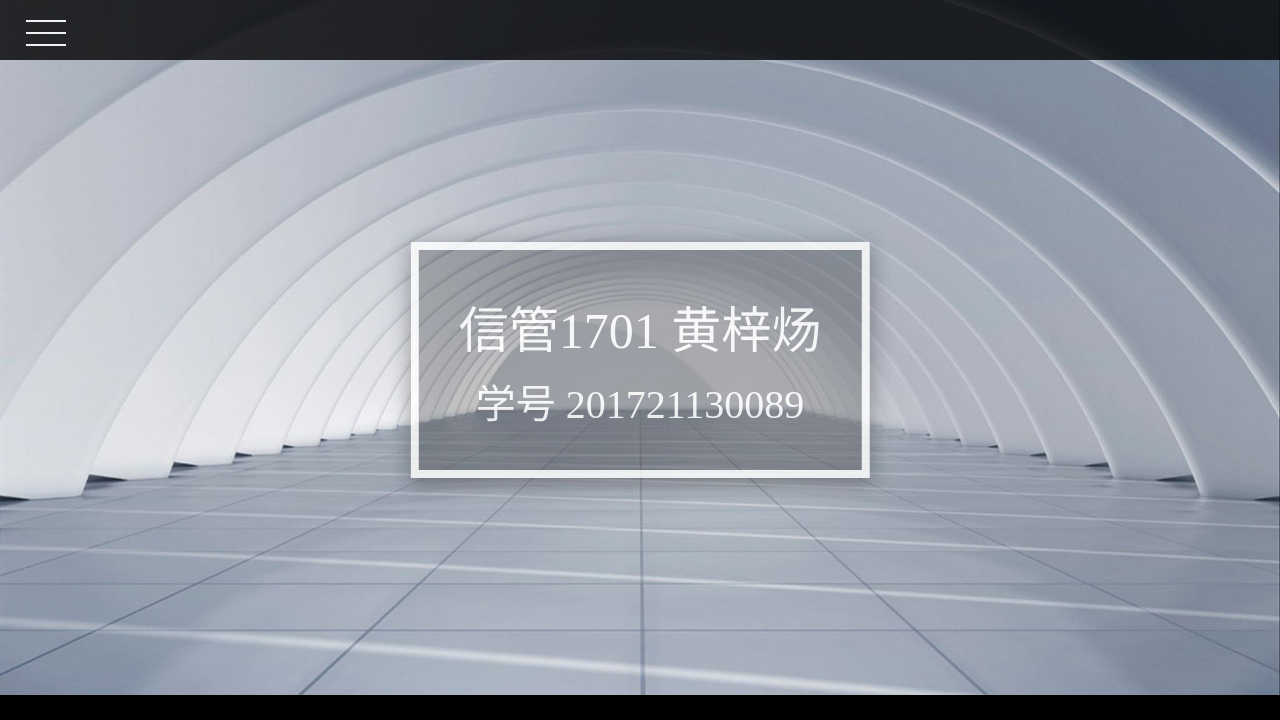
Repository: ustc-hzy/ziYang
Page: index.html
An editor plug-in stored every save of this project. The page is shown before and after the next save, followed by the edit.
The browser window is 1280 px wide. The pictures show the whole page.

Above is the page before, as saved 2020-06-18 16:47:30.

After the next save:
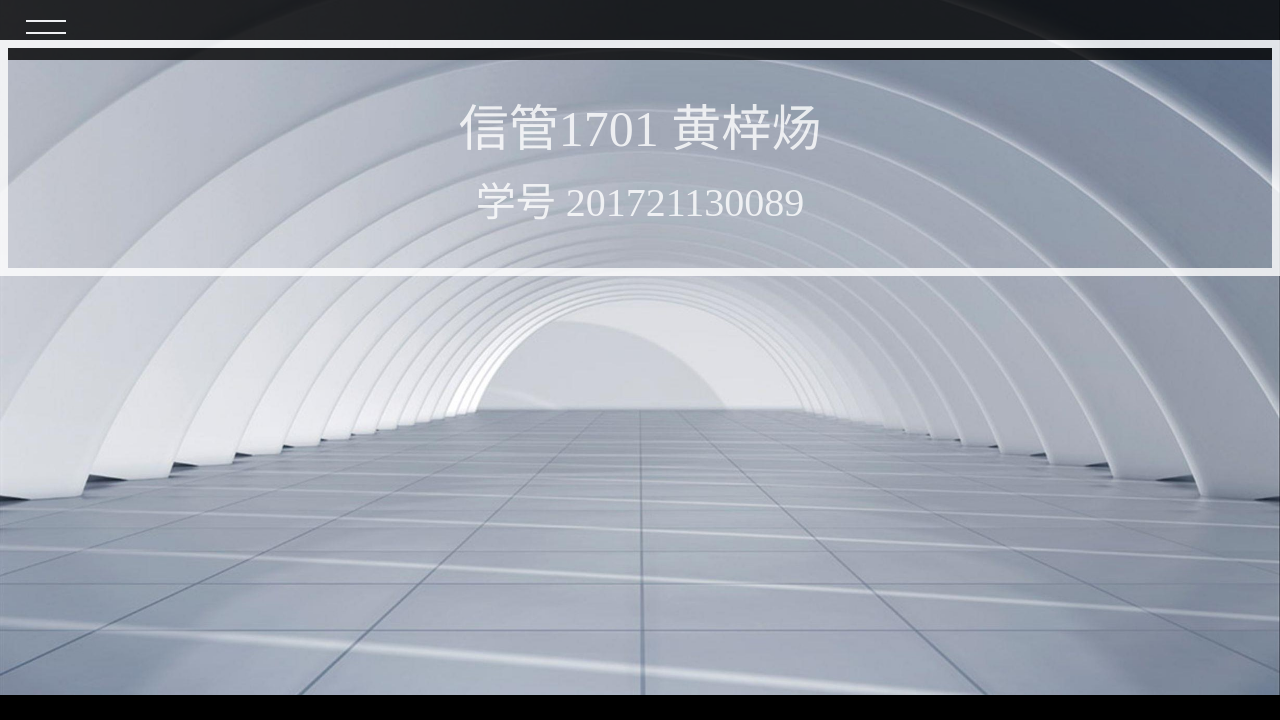
Saved 32 s later.
--- a/index.html
+++ b/index.html
@@ -34,7 +34,7 @@
             <div class="mask"></div>
         </div>
         <!-- 主页展示内容 -->
-        <div class="content-container">
+        <div class="name-container">
             <div class="mid-name">
                 <div>信管1701 黄梓炀</div>
                 <div class="id">学号 201721130089</div>

After the save that followed:
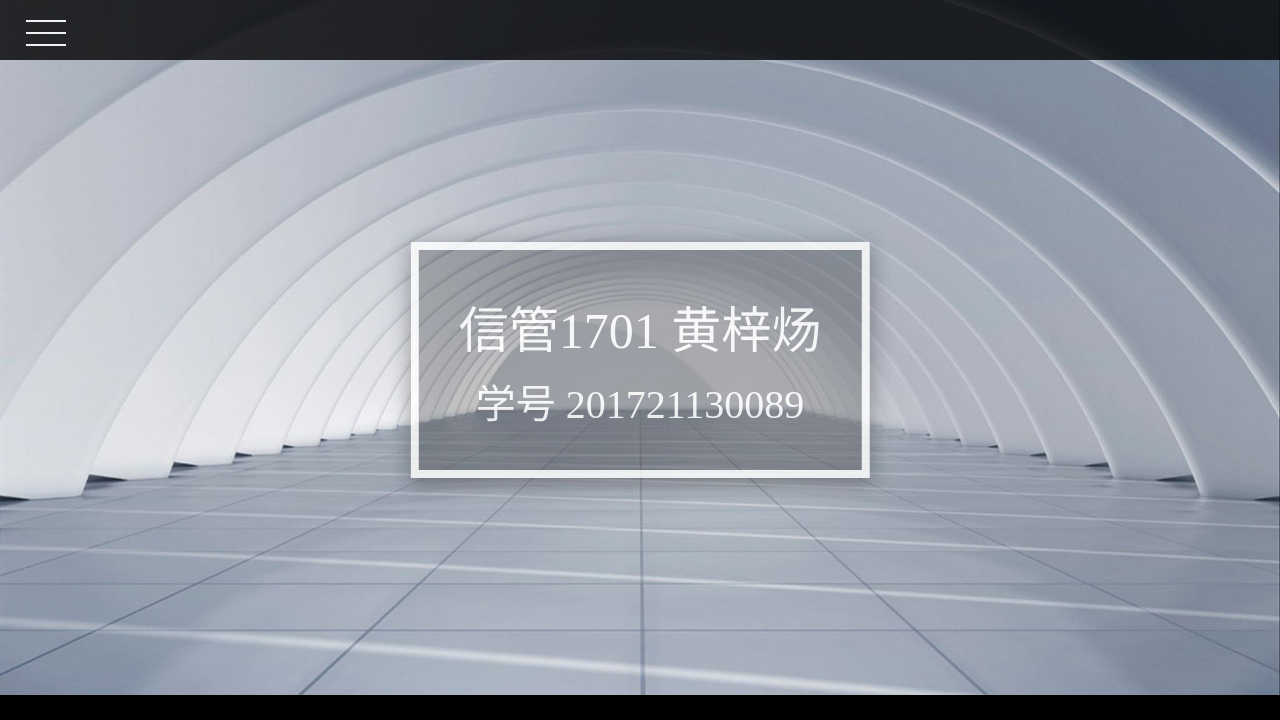
Saved 3 s later.
--- a/css/style.css
+++ b/css/style.css
@@ -108,7 +108,7 @@ ul li:hover{
     /* background-color:  rgba(255,255,255,0.1);
     padding: 10px 20px; */
 }
-.content-container{
+.name-container{
     position: absolute;
     top: 50%;
     left: 50%;
